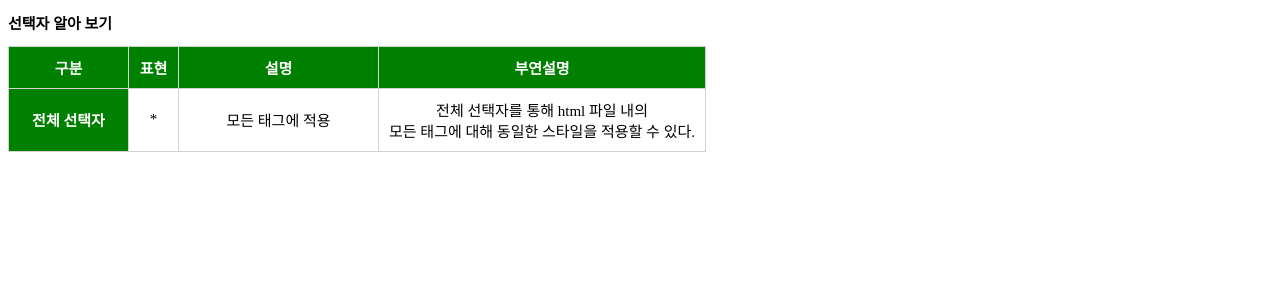
Repository: itkezi/HTML_2022_505
Page: Web/WebContent/style/selector.html
An editor plug-in stored every save of this project. The page is shown before and after the next save, followed by the edit.
The browser window is 1280 px wide. The pictures show the whole page.

Above is the page before, as saved 2022-03-23 04:21:01.

After the next save:
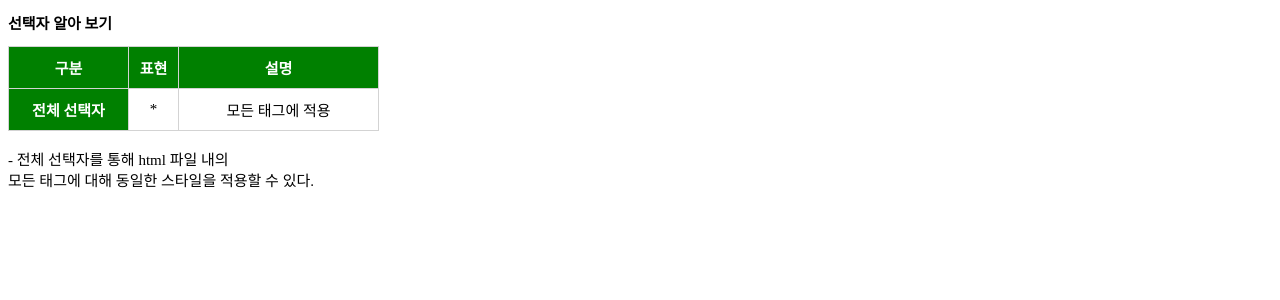
Saved 49 s later.
--- a/Web/WebContent/style/selector.html
+++ b/Web/WebContent/style/selector.html
@@ -16,7 +16,6 @@
 		<th>구분</th>
 		<th>표현</th>
 		<th>설명</th>
-		<th>부연설명</th>
 	</tr>
 </thead>
 	<colgroup>
@@ -28,9 +27,8 @@
 		<th>전체 선택자</th>
 		<td>*</td>
 		<td>모든 태그에 적용</td>
-		<td>전체 선택자를 통해 html 파일 내의<br>모든 태그에 대해 동일한 스타일을 적용할 수 있다.</td>
 	</tr>
-</table>
-
+</table><br>
+- 전체 선택자를 통해 html 파일 내의<br>모든 태그에 대해 동일한 스타일을 적용할 수 있다.
 </body>
 </html>
